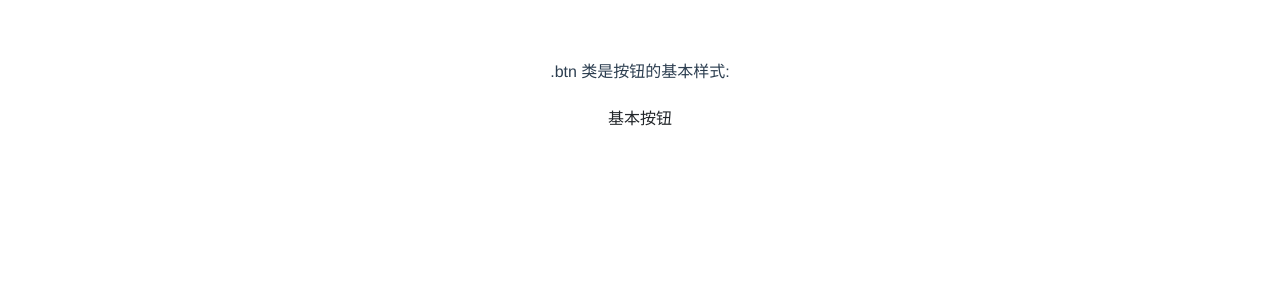
Repository: haohaitao/websocket_project
Page: / (app in frontEnd/vue/)
These files come from the project's save history. The page is drawn as it stood at one moment and after the next save; the edit follows.
The browser window is 1280 px wide. The pictures show the whole page.
The project was rebuilt for these pictures with package versions that can differ from the ones it lists, and the page was loaded fresh each time.

Above is the page before, as saved 2020-01-20 22:41:54.

### frontEnd/vue/index.html
<!DOCTYPE html>
<html>
  <head>
    <meta charset="utf-8">
    <meta name="viewport" content="width=device-width,initial-scale=1.0">
    <title>在线聊天室</title>
  </head>
  <body>
    <div id="app"></div>
    <!-- built files will be auto injected -->
  </body>
</html>

### frontEnd/vue/src/main.js
// The Vue build version to load with the `import` command
// (runtime-only or standalone) has been set in webpack.base.conf with an alias.
import Vue from 'vue'
import App from './App'
import $ from 'jquery'
import 'bootstrap/dist/css/bootstrap.min.css'
import 'bootstrap/dist/js/bootstrap.min'

Vue.config.productionTip = false

/* eslint-disable no-new */
new Vue({
  el: '#app',
  components: { App },
  template: '<App/>'
})

### frontEnd/vue/src/components/HelloWorld.vue
<template>
<div>
	<p> .btn 类是按钮的基本样式:</p>
	<button type="button" class="btn">基本按钮</button>
</div>
</template>

<script>
export default {
  name: 'HelloWorld',
  data () {
    return {
      msg: 'Welcome to Your Vue.js App'
    }
  }
}
</script>

<!-- Add "scoped" attribute to limit CSS to this component only -->
<style scoped>
	  @media (min-width: 768px){
			.col-sm-6{
				width: 81rem;
			}
			.row{
				width: 100rem;
				margin: 0 auto;
			}
            #msg_list>p{
                padding: .2rem;
                background: #eee;
                width: 30rem;
                margin: 0 auto;
                border-radius: 1.2rem;
                margin: .5rem auto;
            }
	  }
	  @media (max-width: 500px){
        #msg_list>p{
            padding: .2rem;
            background: #eee;
            width: 22rem;
            margin: 0 auto;
            border-radius: 1.2rem;
            margin: .5rem auto;
      }
	  }
      .myself{
          float:right;
          background: #cfffcf;
          margin: 1rem;
          padding: .5rem;
          border-radius: .6rem;
      }
      .friend{
          float:left;
          background: #ffe6b8;
          margin: 1rem;
          padding: .5rem;
          border-radius: .6rem;
      }
      .clearboth{
        color: gray;
        clear: both;
        margin-left: 20px;
        padding-top: 5px;
      }
    /* 设置滚动条的样式 */
    ::-webkit-scrollbar {
        width: 6px;
    }
    /* 滚动槽 */
    ::-webkit-scrollbar-track {
        -webkit-box-shadow: inset 0 0 6px rgba(0,0,0,0.3);
        border-radius: 10px;
    }
    /* 滚动条滑块 */
    ::-webkit-scrollbar-thumb {
        border-radius: 10px;
        background: #bbb;
        -webkit-box-shadow: inset 0 0 6px rgba(0,0,0,0.5);
    }
    ::-webkit-scrollbar-thumb:window-inactive {
        background: rgba(255,0,0,0.4);
    }
</style>

Loaded but not shown: frontEnd/vue/src/App.vue (common file)

After the next save:
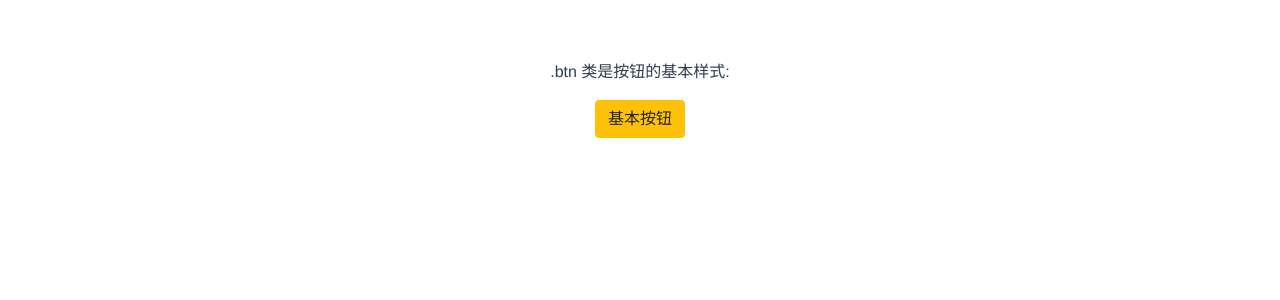
Saved 34 s later.
--- a/frontEnd/vue/src/components/HelloWorld.vue
+++ b/frontEnd/vue/src/components/HelloWorld.vue
@@ -1,7 +1,7 @@
 <template>
 <div>
 	<p> .btn 类是按钮的基本样式:</p>
-	<button type="button" class="btn">基本按钮</button>
+	<button type="button" class="btn btn-warning">基本按钮</button>
 </div>
 </template>
 
